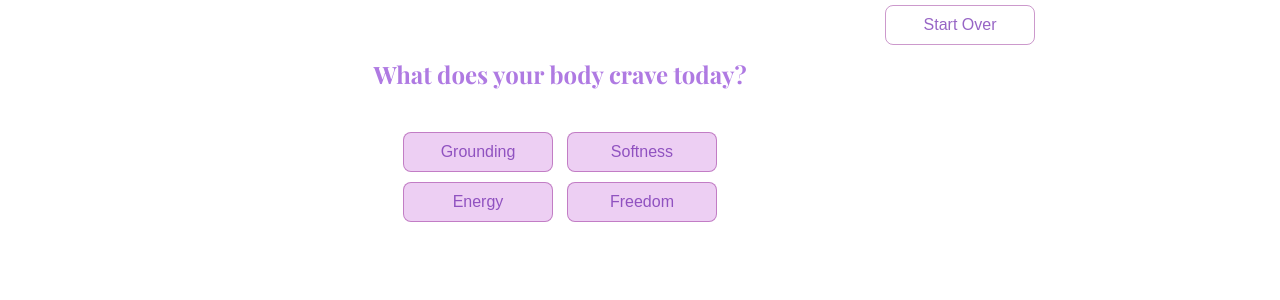
Repository: karim0829/Bella-Oter-Project
Page: index.html
The author's editor kept a copy of each file at every save. The page is drawn from the files as they stood at one save, then again after the next save.
The browser window is 1280 px wide. The pictures show the whole page.
Some web fonts or font styles are not loaded; a fallback is used.

Above is the page before, as saved 2025-06-30 21:05:04.

### index.html
  <!--
   Name: Karim Mohamed
   Project: Bella Oter
   Date: 6.30.25
   Start Time: 7PM EST

  -->

<!DOCTYPE html>
<html lang="en">
<head>
    <meta charset="UTF-8">
    <meta name="viewport" content="width=device-width, initial-scale=1.0">
    <title>Bella Oter</title>
    <!--Google font-->
    <link rel="preconnect" href="https://fonts.googleapis.com">
    <link rel="preconnect" href="https://fonts.gstatic.com" crossorigin>
    <link href="https://fonts.googleapis.com/css2?family=Leckerli+One&family=Playfair+Display:ital,wght@0,400..900;1,400..900&display=swap" rel="stylesheet">
    <link rel="stylesheet" href = "style.css">
    <script src = 'script.js'></script>
</head>
<body>
    <div class = 'flex'>
    <br>
    <br>


    <header>
        <!--Header with buttons-->
    <form>
         <br>
         <br>
        <label><h1>What does your body crave today?</h1></label><br>
        <button type = 'submit' id = 'grounding' name='grounding'>Grounding</button>
        <button type = 'submit' id = 'softness' name='softness'>Softness</button><br>
        <button type = 'submit' id = 'energy' name='energy'>Energy</button>
        <button type = 'submit' id = 'freedom' name='freedom'>Freedom</button>
    </form>
    <br>
    </header>
    <!--Content-->
<section>
    <br>
    <div class="wrap">
    <h1>The Rooted One</h1>
    <button type = 'button'>TENCEL Soft</button><br><br>

    <h2>Embrace Bodysuit</h2>
    <p><em>Offers stability and comfort</em></p>

    </div>

       <div class="wrap">
    <h1>The Unbound</h1>
    <button type = 'button'>Cooling Mesh</button><br><br>
    <button class="block" type = 'submit'></button>
    <h2>Brushed Cotton Veil</h2>
    <p><em>Drapes you in weightless softness for calm, quiet days.</em></p>

    </div>

       <div class="wrap">
    <h1>The Sparked</h1>
    <button type = 'button'>Active Mesh Blend</button><br><br>

    <button class="block" type = 'submit'></button>
    <h2>Ignite Leggings</h2>
    <p><em>Designed to move with power, precision, and pulse.</em></p>

    </div>

       <div class="wrap">
    <h1>The Aligned Mind</h1>
    <button type = 'button'>Cooling Mesh</button><br><br>

    <button class="block" type = 'submit'></button>
    <h2>Focus Bralette</h2>
    <p><em>Crafted to support clarity, presence, and breath.</em></p>

    </div>
</section>
<button type = 'submit' id = 'start-over' name='start-over'>Start Over</button>

</div>
</body>
</html>

### style.css
body {
    text-align: center;
    font-family:"playfair display";
    padding:0;
    margin:0;
}

form h1 {
    font-size:24px;
    text-align: center;
    color:rgba(125, 37, 207, 0.613);

}

 form button {
    width: 150px;
    height: 40px;
    cursor: pointer;
    border: 1px solid rgba(128, 0, 128, 0.401);;
    border-radius: 8px;
    background-color: #edcff3;
    font-size: 16px;
    margin-top:10px;
    margin:5px;
    transition: all 0.3s ease;
    color:rgba(85, 4, 160, 0.613);
}

 button:hover {
    background-color:rgb(219, 55, 219);

}

#start-over  {
    width: 150px;
    height: 40px;
    cursor: pointer;
    border: 1px solid rgba(128, 0, 128, 0.401);;
    border-radius: 8px;
    background-color: transparent;
    font-size: 16px;
    margin-top:10px;
    margin:5px;
    transition: all 0.3s ease;
    color:rgba(85, 4, 160, 0.613);
}

#start-over:hover {
        background-color:rgb(219, 55, 219);

}



.block {
    width:150px;
    height:120px;
    border:none;

}

.flex {
  display: flex;
  justify-content: center;
}

@media (min-width: 768px) {
  .flex {
    flex-direction: row;
    align-items: flex-start;
  }

  header, section {
    width: 50%;
    text-align: center;
  }
}
 img {
    border-radius:10px;
 }

.wrap {
    color:rgb(165, 80, 174);
    border: 1px solid purple;
    width:250px;
    background-color: rgb(233, 223, 243);

}

### script.js
document.addEventListener('DOMContentLoaded', function () {
  var question = document.querySelector('header form');   // the question + four option buttons
  var section  = document.querySelector('section');       // holds the four product cards
  var cards    = section.querySelectorAll('.wrap');       // each individual card

  section.style.display = 'none';                         // hide cards at first

  function showCard(i) {
    question.style.display = 'none';                      // hide only the question area
    section.style.display  = 'block';                     // reveal the card zone
    for (var j = 0; j < cards.length; j++) {
      cards[j].style.display = (j === i) ? 'block' : 'none';
    }
  }

  var ids = ['grounding', 'softness', 'energy', 'freedom'];
  for (var i = 0; i < ids.length; i++) {
    (function (idx) {
      document.getElementById(ids[idx]).addEventListener('click', function (e) {
        e.preventDefault();
        showCard(idx);                                    // show the matching card
      });
    })(i);
  }

  document.getElementById('start-over').addEventListener('click', function (e) {
    e.preventDefault();
    section.style.display  = 'none';                      // hide cards
    question.style.display = 'block';                     // show question again
  });
});

After the next save:
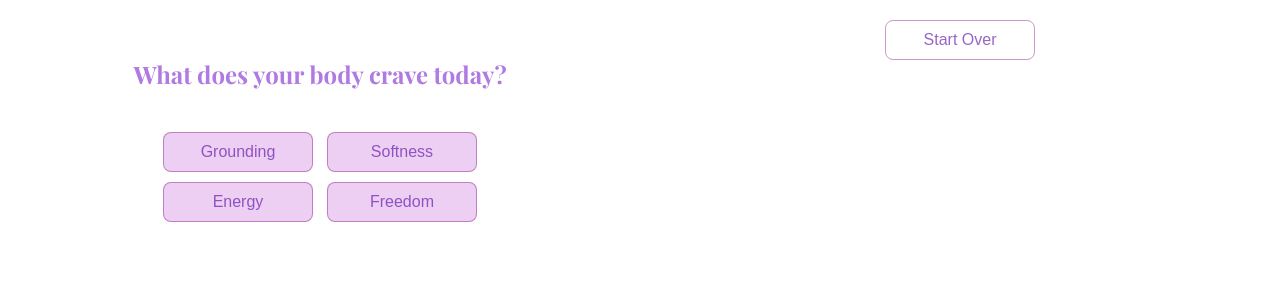
Saved 8 s later.
--- a/style.css
+++ b/style.css
@@ -86,3 +86,23 @@ form h1 {
     background-color: rgb(233, 223, 243);
 
 }
+
+section {
+  text-align: center;
+  display: flex;
+  flex-direction: column;
+  align-items: center;
+  padding-bottom: 20px;
+}
+
+.wrap {
+  margin: 0 auto;
+  max-width: 280px;
+  padding: 20px;
+  display: block;
+}
+
+#start-over {
+  display: block;
+  margin: 20px auto;
+}

After the save that followed:
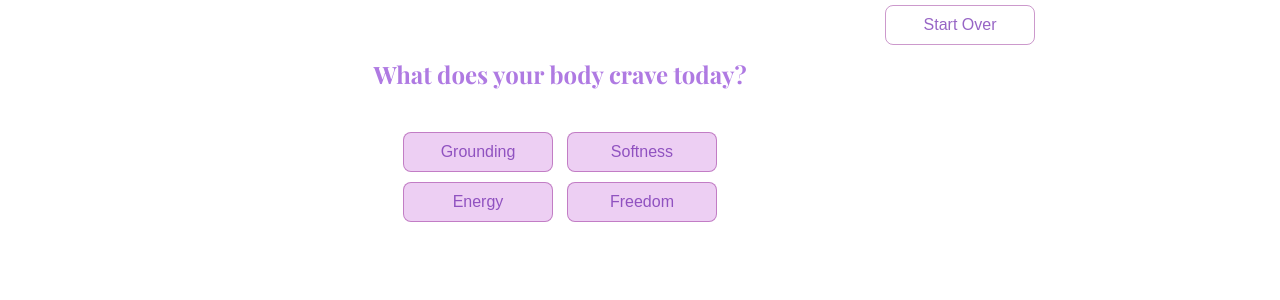
Saved 8 s later.
--- a/style.css
+++ b/style.css
@@ -86,23 +86,3 @@ form h1 {
     background-color: rgb(233, 223, 243);
 
 }
-
-section {
-  text-align: center;
-  display: flex;
-  flex-direction: column;
-  align-items: center;
-  padding-bottom: 20px;
-}
-
-.wrap {
-  margin: 0 auto;
-  max-width: 280px;
-  padding: 20px;
-  display: block;
-}
-
-#start-over {
-  display: block;
-  margin: 20px auto;
-}
